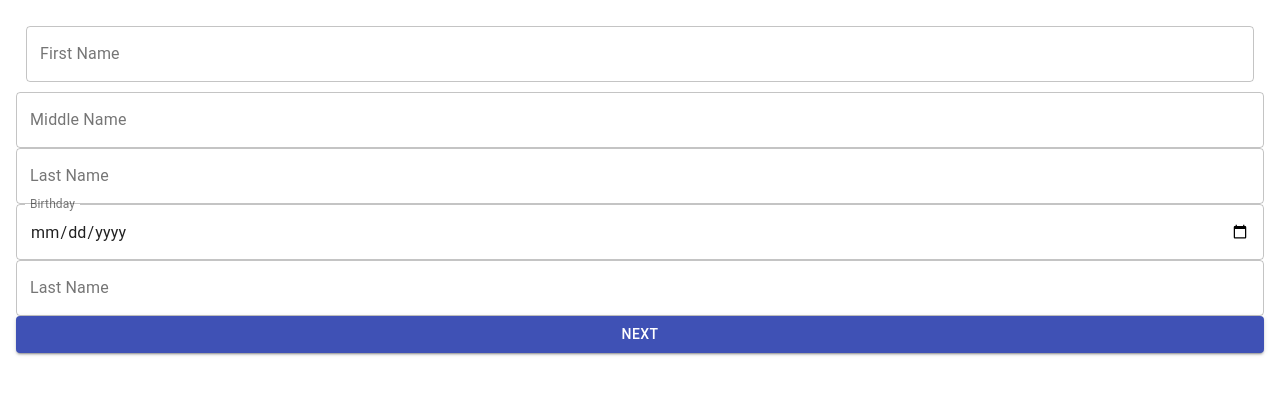
Repository: chathuraedirisingh/rr
Page: /
These files come from the project's save history. The page is drawn as it stood at one moment and after the next save; the edit follows.
The browser window is 1280 px wide. The pictures show the whole page.
The project was rebuilt for these pictures with package versions that can differ from the ones it lists, and the page was loaded fresh each time.

Above is the page before, as saved 2019-12-18 00:57:45.

After the next save:
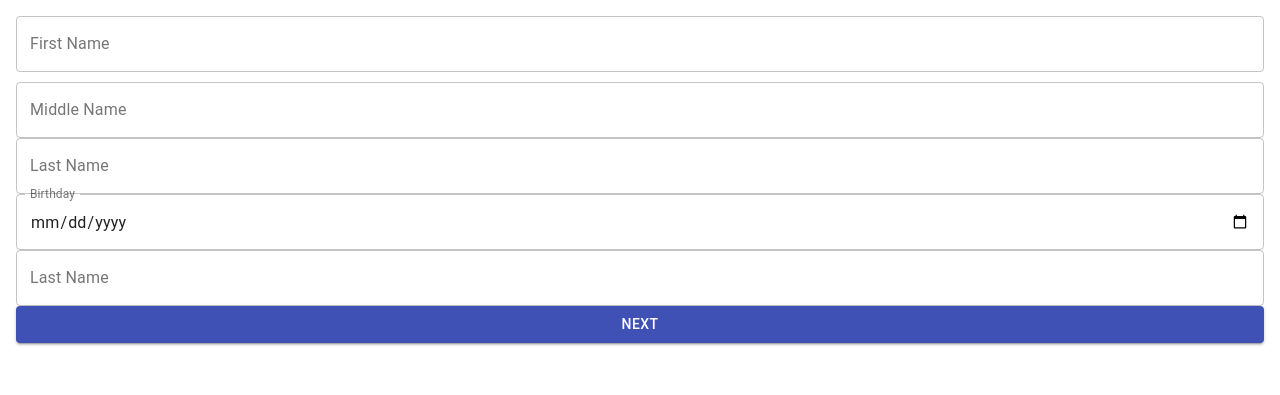
Saved 12 s later.
--- a/src/components/FormPersonalDetails.js
+++ b/src/components/FormPersonalDetails.js
@@ -19,7 +19,7 @@ export default class FormPersonalDetails extends Component {
                         p={1} m={1}
                         bgcolor="background.paper">
                         <TextField
-                            style={{margin: 10}}
+                            style={{marginBottom: 10}}
                             label="First Name"
                             variant="outlined"
                             onChange={handleChange('firstname')}
